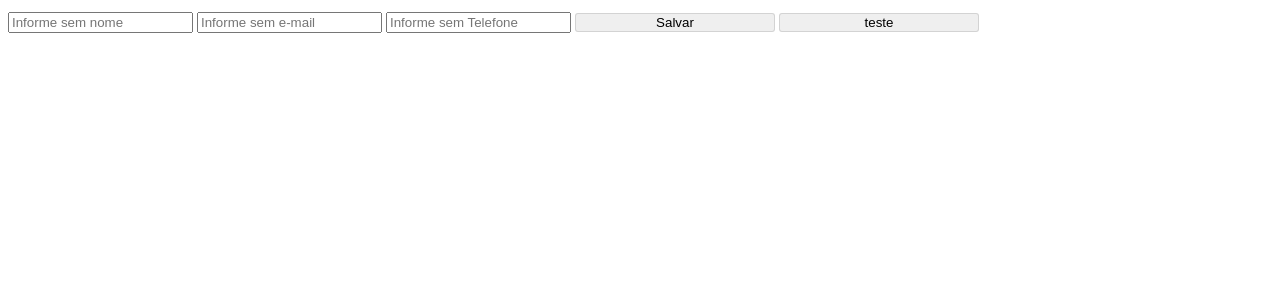
Repository: toniferreirasantos/teste-web
Page: index.html
An editor plug-in stored every save of this project. The page is shown before and after the next save, followed by the edit.
The browser window is 1280 px wide. The pictures show the whole page.

Above is the page before, as saved 2025-09-16 19:37:01.

### index.html
<!DOCTYPE html>
<html lang="en">
<head>
    <meta charset="UTF-8">
    <meta name="viewport" content="width=device-width, initial-scale=1.0">
    <title>Projeto Teste</title>

    <link rel="icon" type="image/png" href="https://cdn-icons-png.flaticon.com/512/154/154858.png">

    <!-- <link href="https://cdn.jsdelivr.net/npm/bootstrap@5.3.8/dist/css/bootstrap.min.css" rel="stylesheet" integrity="sha384-sRIl4kxILFvY47J16cr9ZwB07vP4J8+LH7qKQnuqkuIAvNWLzeN8tE5YBujZqJLB" crossorigin="anonymous"> -->
    <link rel="stylesheet" href="assets/css/estilo.css">
</head>
<body>

    <input class="campo-entrada" type="text" name="nome_cliente" placeholder="Informe sem nome">
    <input class="campo-entrada" type="text" name="email_cliente" placeholder="Informe sem e-mail">
    <input class="campo-entrada" type="text" name="telefone_cliente" placeholder="Informe sem Telefone">

    <button type="button">
        Salvar
    </button>

    <button>teste</button>

</body>
</html>

### assets/css/estilo.css
* {

    color: #000;
}

button {
    width: 200px;
    border: 1px solid #cccc;
    border-radius: 3px;
    margin-top: 5px;
}

After the next save:
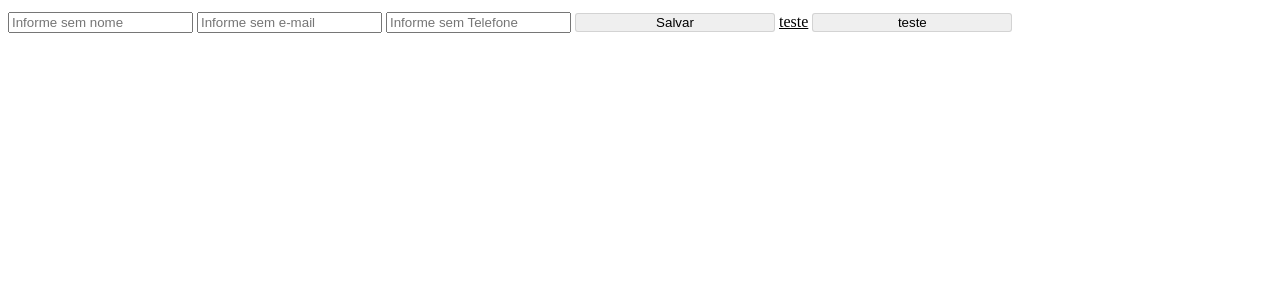
Saved 20 s later.
--- a/index.html
+++ b/index.html
@@ -20,6 +20,8 @@
         Salvar
     </button>
 
+    <a href="http://">teste</a>
+
     <button>teste</button>
 
 </body>
